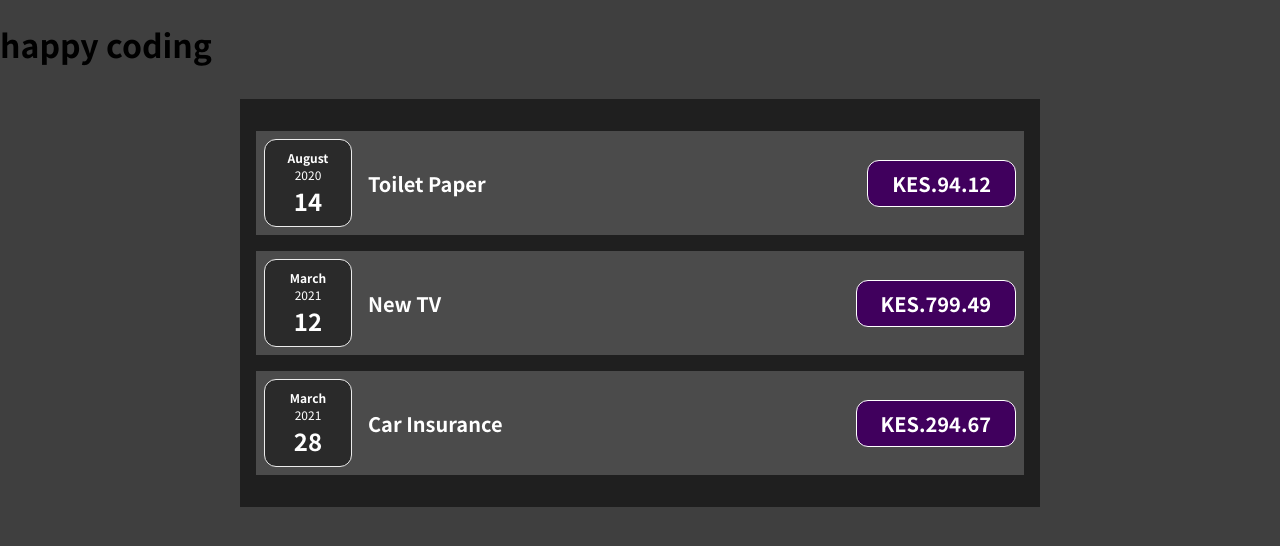
Repository: Samkiroko/expense-tracker-react
Page: /
These files come from the project's save history. The page is drawn as it stood at one moment and after a run of saves; the edit follows.
The browser window is 1280 px wide. The pictures show the whole page.
The project was rebuilt for these pictures with package versions that can differ from the ones it lists, and the page was loaded fresh each time.

Above is the page before, as saved 2021-06-08 13:20:09.

After the next 2 saves:
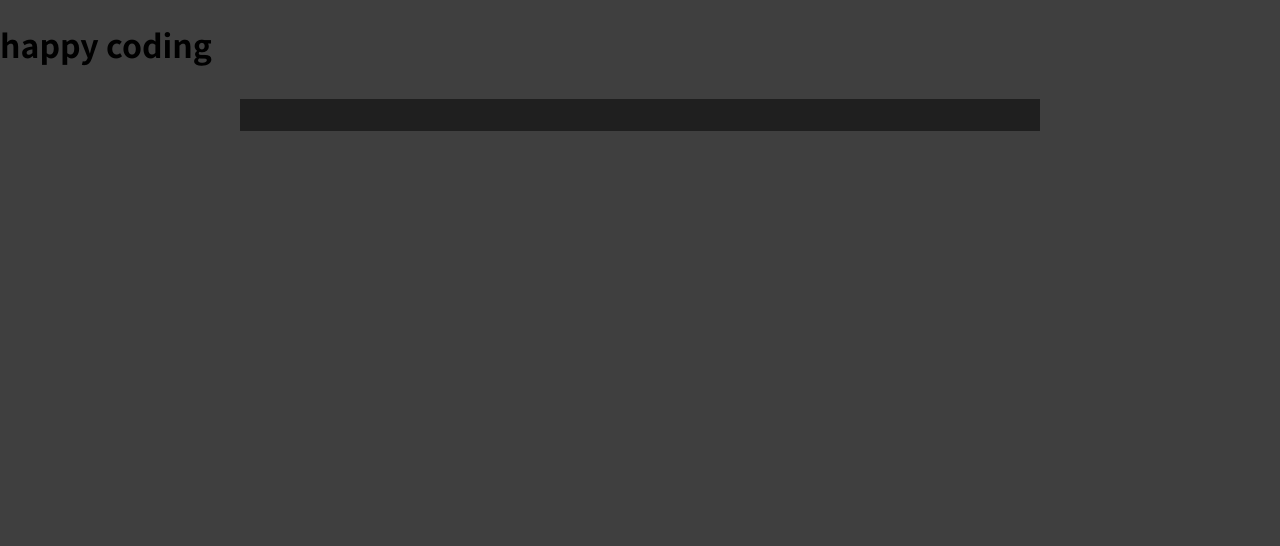
The 2 saves are shown as one change because 1 did not build or start.
The last was saved 63 s later.
--- a/src/components/ExpenseItem.js
+++ b/src/components/ExpenseItem.js
@@ -1,16 +1,17 @@
 import React from 'react'
+import Card from './Card'
 import ExpenseDate from './ExpenseDate'
 import './ExpenseItem.css'
 
 function ExpenseItem(props) {
   return (
-    <div className='expense-item'>
+    <Card className='expense-item'>
       <ExpenseDate date={props.date} />
       <div className='expense-item__description'>
         <h2>{props.title}</h2>
         <div className='expense-item__price'>KES.{props.amount}</div>
       </div>
-    </div>
+    </Card>
   )
 }
 
